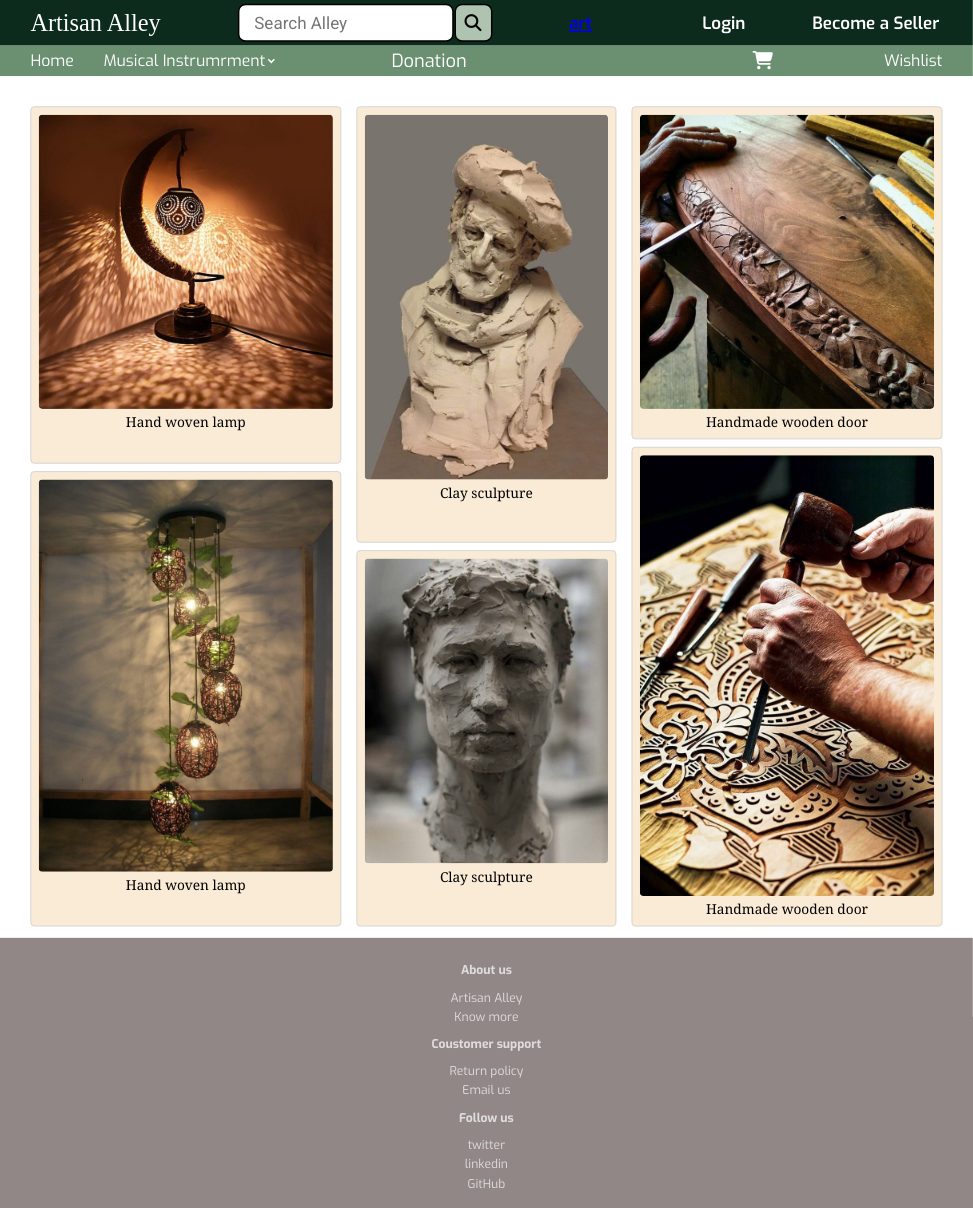
Repository: RingkhangBTY/Bytehacks_Hackathon_Project
Page: index.html
These files come from the project's save history. The page is drawn as it stood at one moment and after a run of saves; the edit follows.
The browser window is 1280 px wide. The pictures show the whole page, at 76% of full size.
Some web fonts or font styles are not loaded; a fallback is used.

Above is the page before, as saved 2024-11-27 04:34:07.

### index.html
<!DOCTYPE html>
<html lang="en">
  <head>
    <meta charset="UTF-8" />
    <meta name="viewport" content="width=device-width, initial-scale=1.0" />
    <link rel="stylesheet" href="style.css" />
    <link
      rel="stylesheet"
      href="https://cdnjs.cloudflare.com/ajax/libs/font-awesome/6.7.1/css/all.min.css"
      integrity="sha512-5Hs3dF2AEPkpNAR7UiOHba+lRSJNeM2ECkwxUIxC1Q/FLycGTbNapWXB4tP889k5T5Ju8fs4b1P5z/iB4nMfSQ=="
      crossorigin="anonymous"
      referrerpolicy="no-referrer"
    />
    <title>Artisan Alley</title>
  </head>
  <body>
    <header>
      <div class="split-div">
        <div class="half half-top">
          <a href="index.html" class="logo">Artisan Alley</a>

          <div class="searchdiv">
            <input
              type="text"
              placeholder="Search Alley"
              class="searchbar"
              id=""
            />

            <div class="search-icon">
              <button class="alley-search">
                <i class="fa-solid fa-magnifying-glass"></i>
              </button>
            </div>
          </div>

          <div class="artisan-story">
            <div class="story">
              <a href="artisan-story.html">art</a>
            </div>
          </div>

          <div class="login-and-seller">
            <a href="login/login.html" class="account-login login" id="">Login</a>
            <a href="" class="seller-login login" id="">Become a Seller</a>
          </div>
        </div>

        <div class="half half-bottom">
          <div class="home-and-categories nav2">
            <a href="index.html" class="home">Home</a>

            <label for="categories"></label>
            <select id="categories" class="categories">
              <option value="" disabled selected>Categories</option>
              <option value="" selected>Painting</option>
              <option value="" selected>Sculpture</option>
              <option value="" selected>Drawing</option>
              <option value="" selected>Handcraft</option>
              <option value="" selected>Musical Instrumrment</option>
            </select>
          </div>

          <div class="donation-container nav2">
            <a class="donation" href="donation.html">Donation</a>
          </div>

          <div class="cart-wishlist nav2">
            <a href="https://www.flipkart.com/" class="cart" id=""
              ><i class="fa-solid fa-cart-shopping"></i
            ></a>

            <button class="wishlist" id="">Wishlist</button>
          </div>
        </div>
      </div>
    </header>

    <main>
      <div class="products">
        <div class="left-container">
          <div class="grid-layout">
              <div class="grid-item">
                <img src="image/Hand woven lamp1.jpg" alt="">
                <p>Hand woven lamp</p>
              </div>
              <div class="grid-item">
                <img src="image/Hand woven lamp2.jpg" alt="">
                <p>Hand woven lamp</p>
              </div>
          </div>
        </div>
        <div class="middle-container">
          <div class="grid-layout">
              <div class="grid-item">
                <img src="image/Clay sculpture1.jpg" alt="">
                <p>Clay sculpture</p>
              </div>
              <div class="grid-item">
                <img src="image/Clay sculpture2.jpg" alt="">
                <p>Clay sculpture</p>
              </div>
          </div>
        </div>
        <div class="right-container">
          <div class="grid-layout">
              <div class="grid-item">
                <img src="image/Handmade wooden door design1.jpg" alt="image">
                <p>Handmade wooden door</p>
              </div>
              <div class="grid-item">
                <img src="image/Handmade wooden door design2.jpg" alt="image">
                <p>Handmade wooden door</p>
              </div>
          </div>
        </div>
      </div>
    </main>

    <footer>
        <div class="foooter-container">
          <div class="imfo-container">
            <h6>About us</h6>
            <p>Artisan Alley</p>
            <p>Know more</p>
          </div>

          <div class="imfo-container">
            <h6>Coustomer support</h6>
            <p>Return policy</p>
            <a href="mailto:ringkhangb913@gmail.com">Email us</a>
          </div>

          <div class="imfo-container">
            <h6>Follow us</h6>
            <a href="https://x.com/Ringkha68574745" target="_blank">twitter</a>
            <a href="https://www.linkedin.com/in/ringkhang-basumatary-2840b725b/" target="_blank">linkedin</a>
            <a href="https://github.com/RingkhangBTY/Bytehacks_Hackathon_Project" target="_blank">GitHub</a>
          </div>
        </div>
    </footer>
  </body>
</html>

### style.css
@import url("https://fonts.googleapis.com/css2?family=Roboto:ital,wght@0,100;0,300;0,400;0,500;0,700;0,900;1,100;1,300;1,400;1,500;1,700;1,900&display=swap");
@import url("https://fonts.googleapis.com/css2?family=Edu+AU+VIC+WA+NT+Pre:wght@400..700&display=swap");
@import url("https://fonts.googleapis.com/css2?family=Exo:ital,wght@0,100..900;1,100..900&display=swap");

* {
  margin: 0;
  padding: 0;
  box-sizing: border-box;
  font-family: Exo;
}

body {
  header {
    .split-div {
      width: 100%;
      height: 30%;

      .half {
        width: 100%;
      }

      .half-top {
        background-color: #0d2b1d;
        height: 70%;
        display: flex;
        justify-content: space-between;
        align-items: center;

        .logo {
          text-decoration: none;
          color: white;
          font-size: 2rem;
          font-family: Edu AU VIC WA NT Pre, cursive;
          font-weight: 500;
          margin-left: 40px;
        }

        .searchdiv {
          display: flex;

          .searchbar {
            height: 50px;
            width: 100%;
            border: black 2px solid;
            outline: none;
            border-radius: 10px;
            padding-left: 20px;
            font-size: 1.4rem;
            font-family: Roboto;
          }

          .alley-search {
            display: flex;
            justify-content: center;
            align-items: center;
            width: 50px;
            height: 50px;
            background-color: #aec3b0;
            border: 2px black solid;
            margin-left: 1px;
            border-radius: 10px;
            cursor: pointer;

            i {
              color: black;
              font-size: 1.4rem;
            }
          }
        }

        .artisan-story .story{
          color: white;
          font-size: 1.4rem;
          text-decoration: none;
          font-family: Exo;
          font-weight: 600;
        }

        .login-and-seller {
          height: 60px;
          width: 400px;
          display: flex;
          justify-content: space-around;
          align-items: center;
        }

        .login-and-seller .login {
          color: white;
          font-size: 1.4rem;
          text-decoration: none;
          font-family: Exo;
          font-weight: 600;
        }
      }

      .half-bottom {
        background-color: #6b8f71;
        height: 30%;
        display: flex;
        justify-content: space-between;
        align-items: center;

        .nav2 {
          height: 40px;
          width: 250px;
          display: flex;
          justify-content: space-between;
          align-items: center;
          margin-left: 40px;
          margin-right: 40px;

          .home {
            text-decoration: none;
            color: white;
            margin-right: 10%;
            font-size: 1.3rem;
          }

          .categories {
            height: 100%;
            padding-left: 10px;
            text-align: center;
            border: none;
            background: transparent;
            border-radius: 5px;
            outline: none;
            font-size: 1.3rem;
            color: #fdfdfd;
            cursor: pointer;
          }
          .categories option[selected]{
            margin-left: 20px;
            background-color: #e6f7ff;
            color: #2a2828;
          }

          .donation{
            display: block;
            text-decoration: none;
            font-size: 1.5rem;
            color: white;
          }

          .cart {
            text-decoration: none;
            font-size: 1.5rem;
            color: white;
          }

          .wishlist {
            height: 100%;
            border-radius: 5px;
            background: transparent;
            border: none;
            outline: none;
            font-size: 1.3rem;
            color: white;
          }
        }
      }
    }
  }
}

.products{
  display: flex;
  gap: 10px;
  margin: 10px;
}

.left-container,.middle-container,.right-container{
  display: flex;
  border-radius: 5px;
  padding: 5px;
  padding-top: 30px;
}
.left-container{
  padding-left: 30px;
}
.right-container{
  padding-right: 30px;
}
.grid-layout{
  display: grid;
  grid-template-rows: auto ;
  gap: 10px;
}
.grid-item{
  background-color: antiquewhite;
  border: 1px solid #ccc;
  width: 100%;
  border-radius: 5px;
  text-align: center;
  padding: 10px;
  padding-bottom: 10px;
}
.grid-item img{
  width: 100%;
  height: auto;
  border-radius: 5px;
}
.grid-item p{
  font-size: large;
  font-family: Cambria, Cochin, Georgia, Times, 'Times New Roman', serif;
}

footer{
  background-color: #928787;
  color: #fff;
  padding: 20px 40px;
  text-align: center;
}

.footer-container{
  display: flex;
  justify-content: space-between;
  align-items: center;
  gap: 20px;
  max-width: 1200px;
  margin: 0 auto;
  padding-left: 20%;
  padding-right: 20%;
}

.imfo-container h6{
  display: flex;
  flex-direction: column;
  font-size: 1rem;
  line-height: 1.6rem;
  display: flex;
  flex-direction: column;
  align-items: center;
  color: #ddd;
  margin: 10px auto;
}
.imfo-container  p, .imfo-container a{
  font-size: 1rem;
  line-height: 1.6rem;
  color: #ddd;
  text-decoration: none;
  display: block;
}

After the next 3 saves:
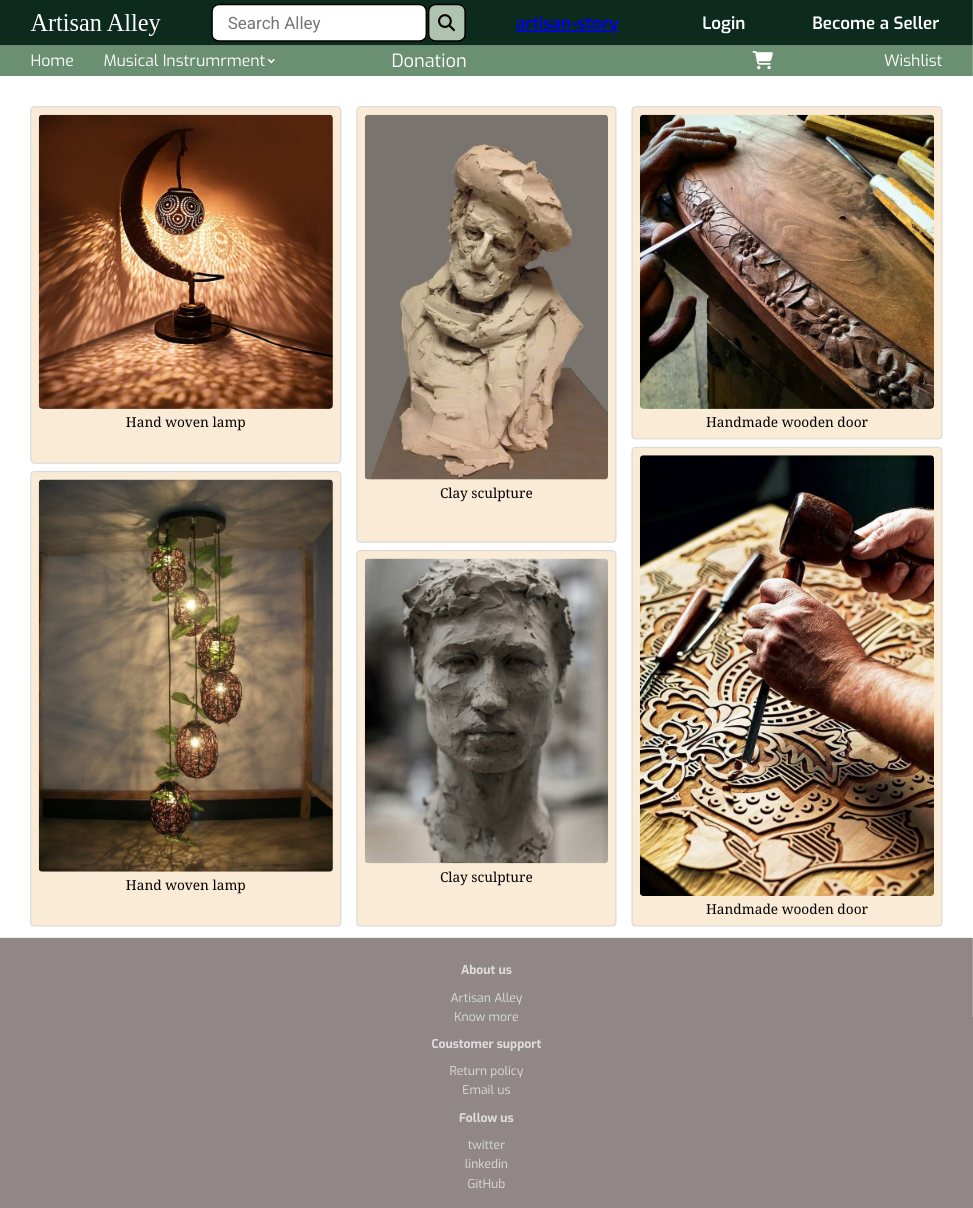
The 3 saves are shown as one change because they came seconds apart.
The last was saved 9 s later.
--- a/index.html
+++ b/index.html
@@ -36,7 +36,7 @@
 
           <div class="artisan-story">
             <div class="story">
-              <a href="artisan-story.html">art</a>
+              <a href="artisan-story.html">artisan-story</a>
             </div>
           </div>
 
